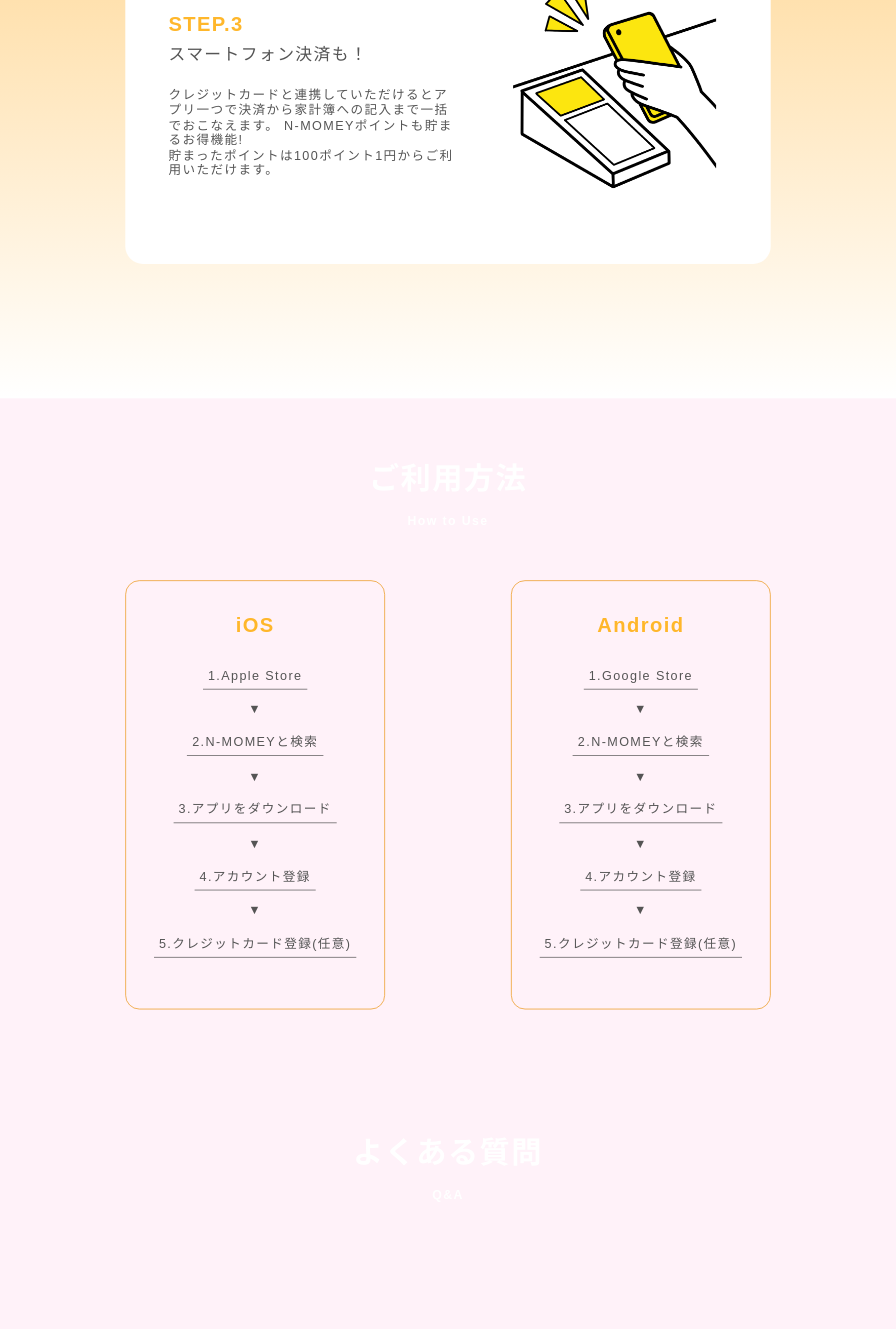
Repository: nozomi-23/lp2_test
Page: index.html
An editor plug-in stored every save of this project. The page is shown before and after a run of saves, followed by the edit.
The browser window is 1280 px wide. The pictures show the part of the page from y = 2610 to 4530 px (the page is 4508 px tall before and 4530 px after), at 70% of full size.
Some web fonts or font styles are not loaded; a fallback is used.

Above is the page before, as saved 2022-06-18 15:57:47.

### index.html
<!DOCTYPE html>
<html lang="ja">
<head>
  <meta charset="UTF-8">
  <title>家計簿アプリ「N-MONEY」</title>
  <meta name="description" content="「人生をコードと共に」というビジョンを達成するべく、皆さんのプログラミング学習をサポートします。">
  <meta name="keywords" content="家計簿,アプリ,おすすめ">
  <meta name="viewport" content="width=device-width, initial-scale=1.0">
  <meta property="og:title" content="家計簿アプリ「N-MONEY」">
  <meta property="og:type" content="article">
  <meta property="og:url" content="https://withcode-plus.tech">
  <meta property="og:image" content="img/logo.png">
  <meta property="og:description" content="カンタン家計簿アプリ 「N-MONEY」でお得に楽に家計管理。">
  <meta property="og:site_name" content="家計簿アプリ">
  <link rel="icon" href="favicon.ico">
  <link rel="apple-touch-icon" sizes="180x180" href="img/logo.png">
  <link rel="preconnect" href="https://fonts.googleapis.com">
  <link rel="preconnect" href="https://fonts.gstatic.com" crossorigin>
  <link
    href="https://fonts.googleapis.com/css2?family=M+PLUS+1p:wght@400;500;700&family=Noto+Sans+JP:wght@400;500&display=swap"
    rel="stylesheet">
  <link rel="stylesheet" type="text/css" href="css/reset.css">
  <link rel="stylesheet" type="text/css" href="css/common.css">
</head>
<body>
  <!-- ========== header -->
  <header>
    <div class="header_inner">
      <h1 class="header_logo">
        <a href="#"><img src="img/logo.png" alt="ロゴ画像"></a>
      </h1>
      <nav class="header_nav">
        <ul class="header_list">
          <li class="header_item">
            <a href="#introduction">アプリ紹介</a>
          </li>
          <li class="header_item">
            <a href="#how">ご利用方法</a>
          </li>
          <li class="header_item">
            <a href="#fqa">よくある質問</a>
          </li>
          <li class="header_item">
            <a href="#news">お知らせ</a>
          </li>
          <li class="header_item heder_btn">
            <a href="#contact">お問い合わせ</a>
          </li>
        </ul>
      </nav>
      <div class="drawer"></div>
    </div>
  </header>
  <!-- ========== top -->
  <section class="top_section">
    <div class="inner">
      <div class="top_wrapper">
        <div class="top_left">
          <h2 class="title">
            <p>〜 簡単家計簿アプリ 〜</p><br>
            <span>N-MONEY Mobile</span>
          </h2>
          <div class="download">
            <div class="download_apple">
              <a href="https://www.apple.com/jp/app-store/">
                <img src="img/apple.png" alt="Apple Store">
              </a>
            </div>
            <div class="download_google">
              <a href="https://play.google.com/store/apps?hl=ja&gl=US">
                <img src="img/google.png" alt="Google Store">
              </a>
            </div>
          </div>
        </div>
        <div class="top_right">
          <img src="img/top.png" alt="トップ画像">
        </div>
      </div>
    </div>
  </section>
    <!-- ========== feature -->
    <div class="inner">

      <div class="feature_txt">
        <h3 class="feature_ttl">家でも外でもラクラク管理<br>
        N-MOMEY Mobileとは</h3>
        <p>N-MOMEY
        Mobileとはご自宅でも外出先でも簡単に家計を管理できるサービスです。カテゴリ別の支出、予算管理だけでなくクレジットカードの連結により、レジでのお支払い・支出管理を自動で更新してくれます。予算に対してのお知らせ機能で使いすぎを防ぎます。めんどくさい計算・管理はN-MOMEY
        Mobileにおまかせください!</p>
      </div>

    </div>
<!-- ========== Introduction -->
<section class="intro section" id="introduction">
  <div class="inner">
    <h4 class="common_ttl">アプリ紹介<br><small>Introduction</small></h4>
    <div class="intro_wrapper">
      <div class="intro_wrapper_left">
        <h5 class="intro_txt"><strong>STEP.1</strong><br>
          いつでもどこでもカンタン管理！</h5>
          <p>レシートの管理が大変・・<br>
          いつ支払ったか忘れてしまった・・<br>
          そんなお悩みをすぐに解決します！支払ったらスマホにすぐ記入、カンタンな操作でカテゴリや日付の管理でめんどくさい家計管理のお手伝いをします。</p>
      </div>
      <div class="intro_wrapper_right">
        <img src="img/step1.png" alt="スマートフォンの画像">
      </div>
    </div>
    <div class="intro_wrapper intro_wrapper_revers">
      <div class="intro_wrapper_left ">
        <h5 class="intro_txt"><strong>STEP.2</strong><br>
          お知らせ機能で節約上手！</h5>
        <p>予算を登録していただくと自動で計算し残高をお知らせ致します。お得なクーポンや節約コラムなども掲載しているのでどんどん活用して節約上手になっちゃいましょう！ご自身の節約術などもコミュニティにアップできます！
          </p>
      </div>
      <div class="intro_wrapper_right">
        <img src="img/step2.png" alt="スマートフォンの画像">
      </div>
    </div>
    <div class="intro_wrapper">
      <div class="intro_wrapper_left">
        <h5 class="intro_txt"><strong>STEP.3</strong><br>
          スマートフォン決済も！</h5>
        <p>クレジットカードと連携していただけるとアプリ一つで決済から家計簿への記入まで一括でおこなえます。
        N-MOMEYポイントも貯まるお得機能!<br>
        貯まったポイントは100ポイント1円からご利用いただけます。</p>
      </div>
      <div class="intro_wrapper_right">
        <img src="img/step3.png" alt="スマートフォンの画像">
      </div>
    </div>
  </div>
</section>
<!-- ========== how -->
<section class="how section" id="how">
  <div class="inner">
    <h4 class="common_ttl">ご利用方法<br><small>How to Use</small></h4>
    <div class="how_wrapper">
      <div class="how_wrapper_item">
        <h5>iOS</h5>
        <ul class="how_list">
          <li>1.Apple Store</li>
          <p>▼</p>
          <li>2.N-MOMEYと検索</li>
          <p>▼</p>
          <li>3.アプリをダウンロード</li>
          <p>▼</p>
          <li>4.アカウント登録</li>
          <p>▼</p>
          <li>5.クレジットカード登録(任意)</li>
        </ul>
      </div>
      <div class="how_wrapper_item">
        <h5>Android</h5>
        <ul class="how_list">
          <li>1.Google Store</li>
          <p>▼</p>
          <li>2.N-MOMEYと検索</li>
          <p>▼</p>
          <li>3.アプリをダウンロード</li>
          <p>▼</p>
          <li>4.アカウント登録</li>
          <p>▼</p>
          <li>5.クレジットカード登録(任意)</li>
        </ul>
      </div>
    </div>
  </div>
</section>
<!-- ========== fqa -->
<section class="fqa section" id="fqa">
  <div class="fqa_wrapper">
    <h4 class="common_ttl">よくある質問<br><small>Q&A</small></h4>
    <ul class="faq_txt">
      <li><span></span></li>
    </ul>
  </div>
</section>
</body>
</html>

### css/reset.css
@charset "UTF-8";

html,
body,
div,
span,
object,
iframe,
h1,
h2,
h3,
h4,
h5,
h6,
p,
blockquote,
pre,
abbr,
address,
cite,
code,
del,
dfn,
em,
img,
ins,
kbd,
q,
samp,
small,
strong,
sub,
sup,
var,
b,
i,
dl,
dt,
dd,
ol,
ul,
li,
fieldset,
form,
label,
legend,
table,
caption,
tbody,
tfoot,
thead,
tr,
th,
td,
article,
aside,
canvas,
details,
figcaption,
figure,
footer,
header,
hgroup,
menu,
nav,
section,
summary,
time,
mark,
audio,
video {
  margin: 0;
  padding: 0;
  border: 0;
  outline: 0;
  font-size: 100%;
  vertical-align: baseline;
  background: transparent;
}

body {
  line-height: 1;
}

article,
aside,
details,
figcaption,
figure,
footer,
header,
hgroup,
menu,
nav,
section {
  display: block;
}

nav ul {
  list-style: none;
}

blockquote,
q {
  quotes: none;
}

blockquote:before,
blockquote:after,
q:before,
q:after {
  content: '';
  content: none;
}

a {
  margin: 0;
  padding: 0;
  font-size: 100%;
  vertical-align: baseline;
  background: transparent;
}

/* change colours to suit your needs */
ins {
  background-color: #ff9;
  color: #000;
  text-decoration: none;
}

/* change colours to suit your needs */
mark {
  background-color: #ff9;
  color: #000;
  font-style: italic;
  font-weight: bold;
}

del {
  text-decoration: line-through;
}

abbr[title],
dfn[title] {
  border-bottom: 1px dotted;
  cursor: help;
}

table {
  border-collapse: collapse;
  border-spacing: 0;
}

/* change border colour to suit your needs */
hr {
  display: block;
  height: 1px;
  border: 0;
  border-top: 1px solid #cccccc;
  margin: 1em 0;
  padding: 0;
}

input,
select {
  vertical-align: middle;
}

### css/common.css
@charset "UTF-8";

body {
  font-size: 18px;
  line-height: 1.2;
  letter-spacing: 2px;
  word-break: break-all;
  color: #555;
  font-family: 'M PLUS 1p', sans-serif ,
  'Noto Sans JP', sans-serif;
}
li {
  list-style: none;
}
a {
  text-decoration: none;
  color: #333;
}
/* ===================
共通レイアウト
======================*/
.section {
  padding: 7% 0;
  position: relative;
  background-color: rgba(255, 105, 180, 0.085);
}
.inner {
  width: 80%;
  margin: 0 auto;
  /* background-color: rgb(221, 240, 240); */
}
/* ===================
共通パーツ
======================*/
.common_ttl {
  text-align: center;
  color: #5A5757;
  font-size: 2.7rem;
  margin-bottom: 6.5%;
}
.common_ttl small {
  font-size: 1.1rem;
}

/* ===================
header
======================*/
.header_inner {
  width: 90%;
  height: 15vh;
  margin: 0 auto;
  display: flex;
  justify-content: space-between;
  align-items: center;
}
.header_logo {
  position: fixed;
  top: 1rem;
  z-index: 3;
}
.header_logo img {
  width: 100%;
  height: 100%;
}
.header_nav {
  margin-left: auto;
}
.header_list {
  display: flex;
  justify-content: flex-end;
  align-items: center;
}
.header_list li {
  margin-left: 1.8rem;
}
.header_list li a:hover {
  opacity: 0.5;
}
.heder_btn a{
  background: #FFB72B;
  color: #fff;
  line-height: 3;
  border-radius: 15px;
  display: inline-block;
  padding: 0 1.8rem;
}
/* ===================
top
======================*/
.top_wrapper {
  margin-top: 10%;
  height: auto;
  display: flex;
  justify-content: space-evenly;
  align-items: center;
}
.top_left {
  text-align: center;
  width: 50%;
  height: auto;
}
.title p{
  font-size: 1.7rem;
  font-weight: 400;
  margin-bottom: 2%;
  color: #333;
}
.title span {
  font-size: 3.5rem;
  color: #FFB72B;
  font-weight: bold;
}
.download {
  display: flex;
  align-items: center;
  justify-content: space-evenly;
  margin-top: 10%;
}
.download_apple {
  width: 35%;
}
.download_apple img {
  width: 100%;
  height: 100%;
}
.download_google {
  width: 35%;
}
.download_google img {
  width: 100%;
  height: 100%;
}
.top_right {
  width: 42%;
  height: auto;
}
.top_right img {
  width: 100%;
  height: 100%;

}
/* ===================
feature
======================*/
.feature_txt {
  width: 90%;
  margin-bottom: 10%;
}
.feature_ttl {
  font-size: 1.9rem;
  color: #FFB72B;
  font-weight: 400;
  margin: 5% 0 2% 0;
  line-height: 1.5;
}
.feature_ttl::after {
  content: "";
  display: inline-block;
  width: 100px;
  height: 2px;
  background: #FFB72B;
  margin-left: 2%;
  vertical-align: middle;
}
.feature_txt p {
  color: #333;
}
/* ===================
Introduction
======================*/
.intro {
  background: linear-gradient(180deg, #FFAD23 27.08%, rgba(255, 173, 35, 0) 100%);
}
.common_ttl:first-child {
  color: #fff;
}
.intro_wrapper {
  width: 90%;
  height: 60vh;
  display: flex;
  align-items: center;
  justify-content: space-evenly;
  background: #fff;
  border-radius: 25px;
  margin: 0 auto;
  padding: 3% 0;
  margin-bottom: 10%;
}
.intro_wrapper_left {
  width: 45%;
  height: auto;
}
.intro_txt {
  font-size: 1.5rem;
  font-weight: 500;
  margin-bottom: 8%;
}
.intro_txt strong {
  font-weight: bold;
  color: #FFB72B;
  font-size: 1.8rem;
  margin-top: 1rem;
  line-height: 2;
}
.intro_wrapper_right {
width: 35%;
height: auto;
text-align: center;
}
.intro_wrapper_right img {
  max-width: 90%;

}
.intro_wrapper_revers {
  display: flex;
  flex-direction: row-reverse;
}
/* ===================
how
======================*/
.how_wrapper {
  width: 90%;
  margin: 0 auto;
  display: flex;
  justify-content: space-between;
}
.how_wrapper_item {
  width: 40%;
  text-align: center;
  border: 1px solid #EB9515;
  border-radius: 20px;
  padding: 5% 0 8% 0;
}
.how_wrapper_item h5{
  color: #FFB72B;
  font-size: 1.8rem;
  margin-bottom: 10%;
}
.how_list li {
  display: inline-block;
  padding: 2%;
  border-bottom: solid 1px #555;
}
.how_list p {
  margin: 5% 0;
}
/* ===================
fqa
======================*/

After the next 2 saves:
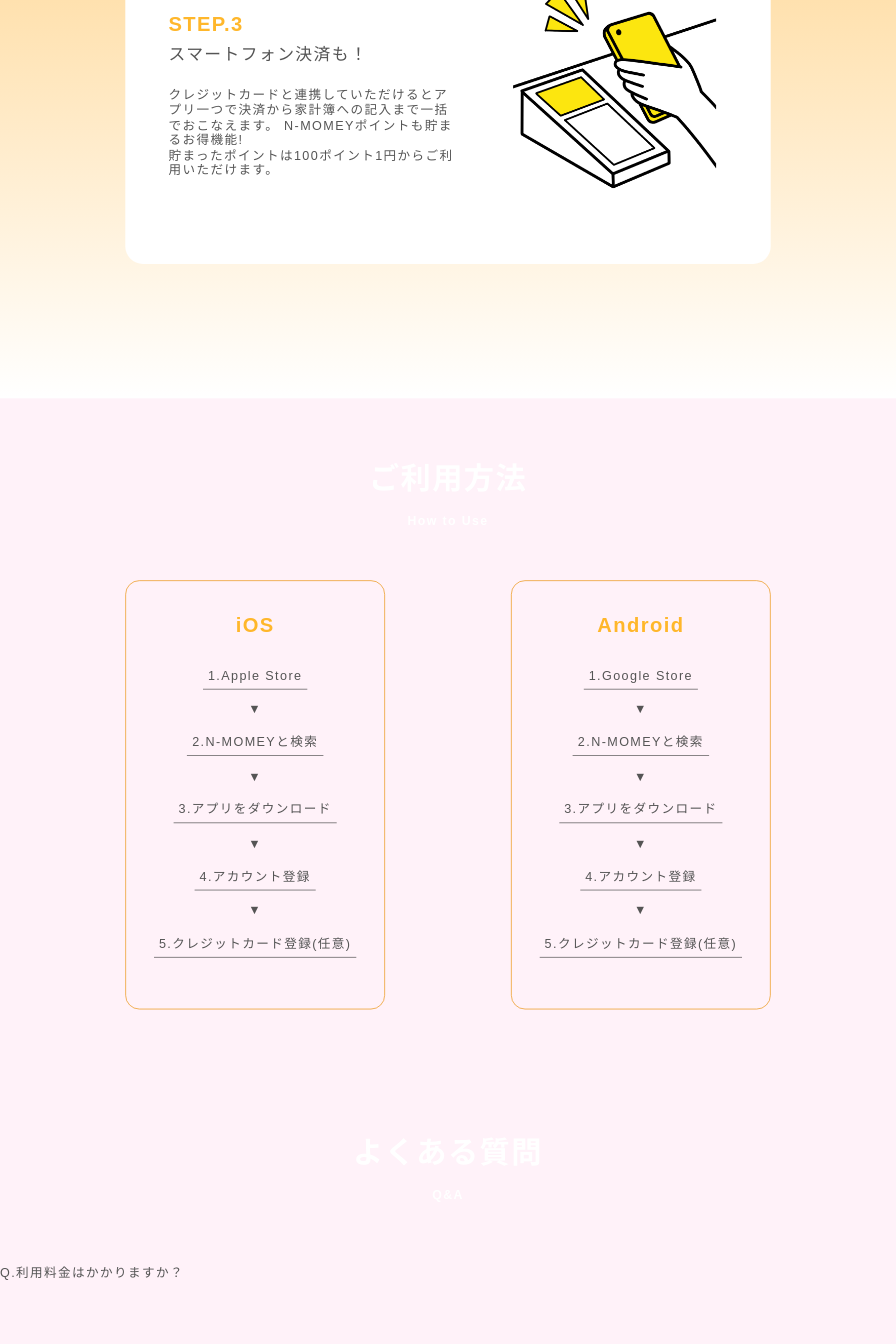
The 2 saves are shown as one change because they came seconds apart.
The last was saved 49 s later.
--- a/index.html
+++ b/index.html
@@ -173,7 +173,8 @@
   <div class="fqa_wrapper">
     <h4 class="common_ttl">よくある質問<br><small>Q&A</small></h4>
     <ul class="faq_txt">
-      <li><span></span></li>
+      <li>Q.利用料金はかかりますか？</li>
+      <p></p>
     </ul>
   </div>
 </section>
